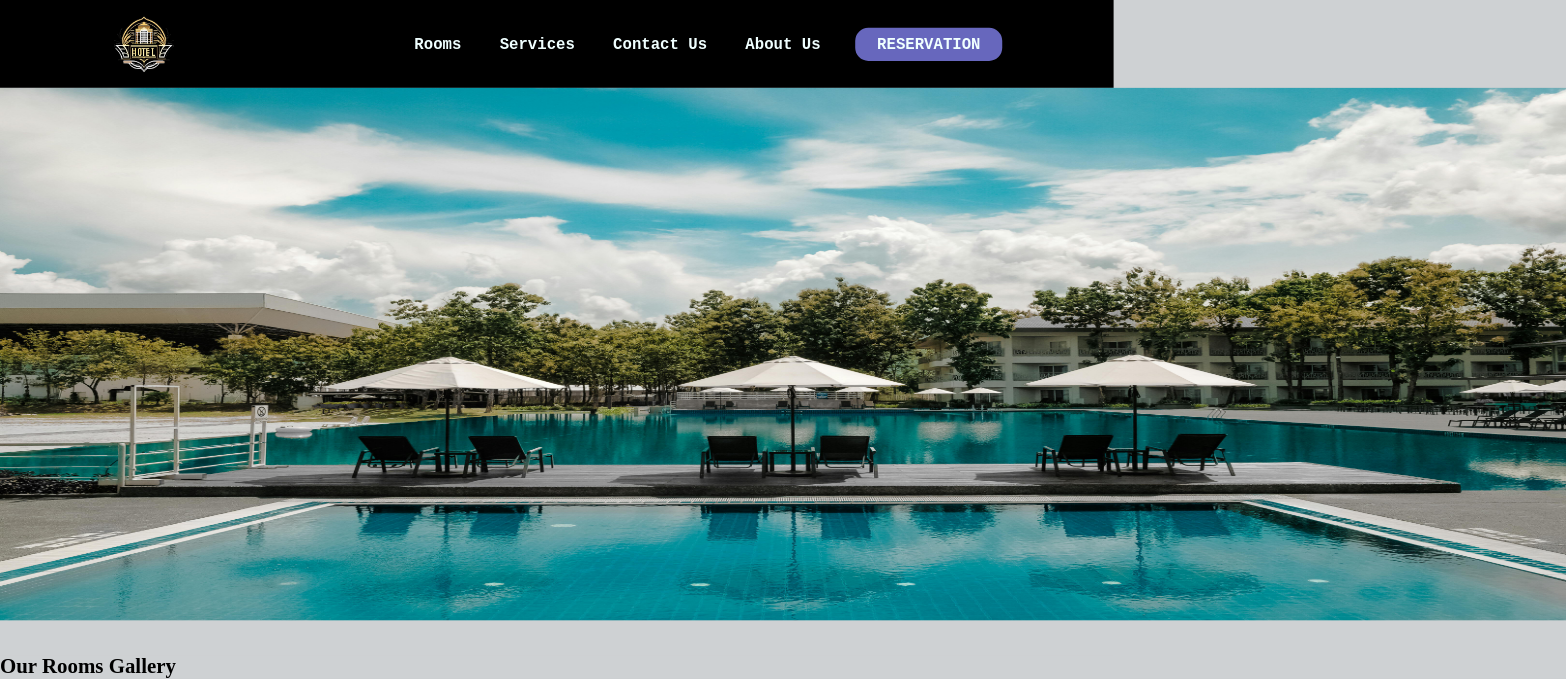
Repository: DhananjayaLakshan/Uom-Web_Design_For_Beginners
Page: Final Assignment/index.html
The author's editor kept a copy of each file at every save. The page is drawn from the files as they stood at one save, then again after the next save.
The browser window is 1280 px wide. The page is 1800 px wide, so the pictures cover 1800 px, including what lies to the right of the window. The pictures show the whole page, at 87% of full size.

Above is the page before, as saved 2023-11-29 14:28:36.

After the next save:
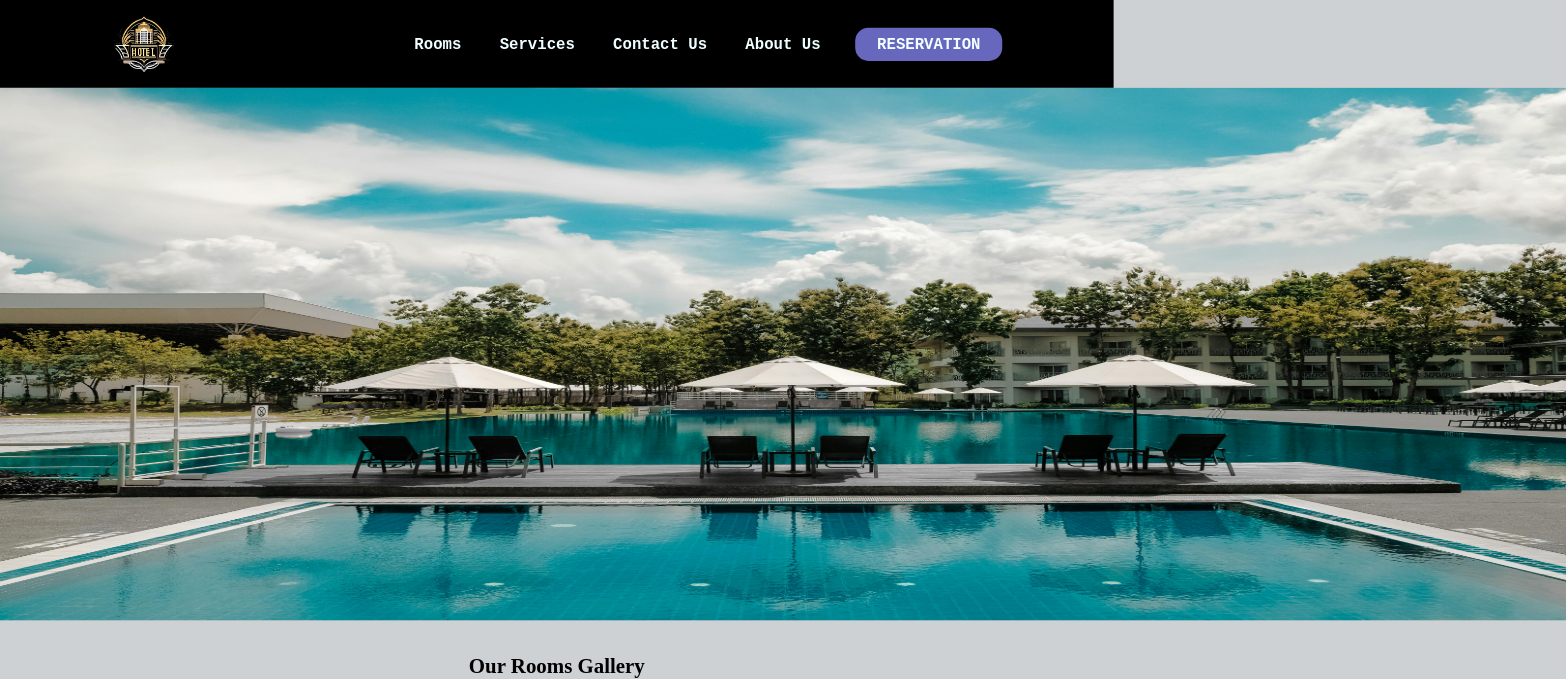
Saved 15 s later.
--- a/Final Assignment/index.html
+++ b/Final Assignment/index.html
@@ -40,7 +40,7 @@
 
         <br><br><br>
 
-        <h2 style="justify-content: center;">Our Rooms Gallery</h2>
+        <h2 style="text-align: center;">Our Rooms Gallery</h2>
 
 
 
